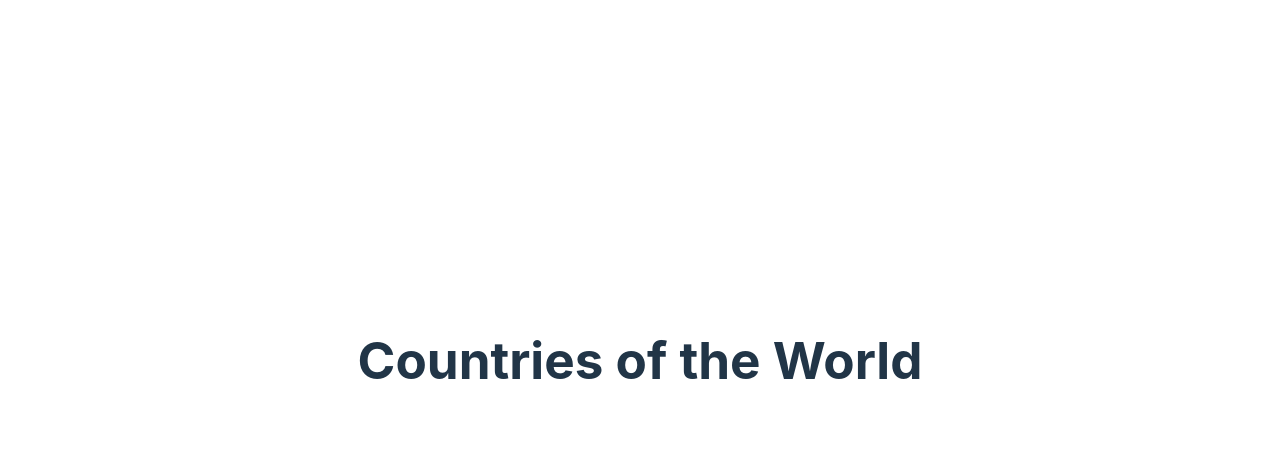
Repository: SamanthaYan298/my_countries
Page: /
These files come from the project's save history. The page is drawn as it stood at one moment and after the next save; the edit follows.
The browser window is 1280 px wide. The pictures show the whole page.
The project was rebuilt for these pictures with package versions that can differ from the ones it lists, and the page was loaded fresh each time. Also part of the build but not shown: vite.config.js.

Above is the page before, as saved 2024-11-04 16:38:05.

### src/App.jsx
import { useState } from 'react'
import './App.css'

function App() {

  return (
    <>
      <h1>Countries of the World</h1>
    </>
  )
}

export default App

Loaded but not shown: index.html (common file); src/main.jsx (common file); src/index.css (common file); src/App.css (common file)

After the next save:
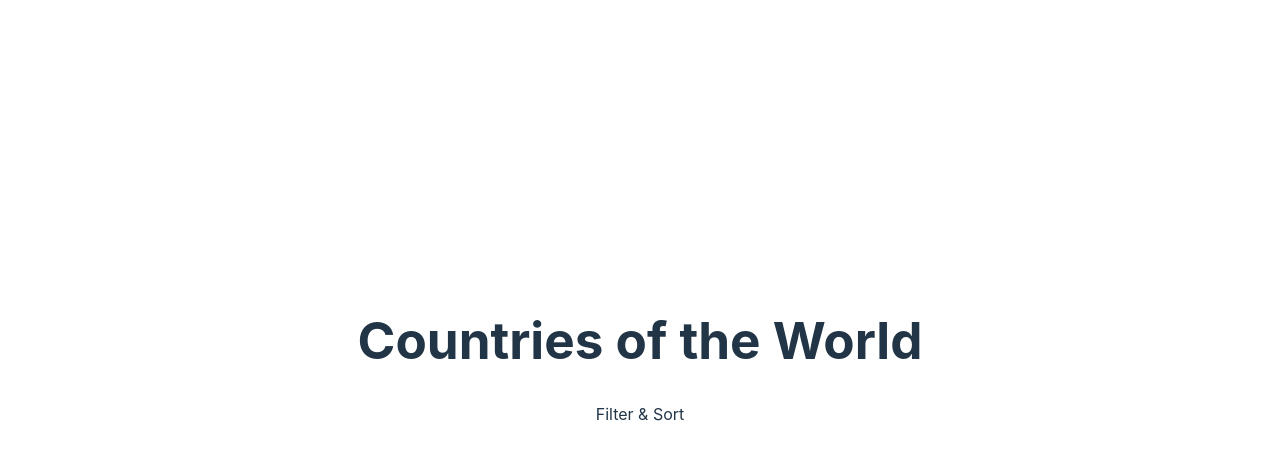
Saved 106 s later.
--- a/src/App.jsx
+++ b/src/App.jsx
@@ -6,6 +6,19 @@ function App() {
   return (
     <>
       <h1>Countries of the World</h1>
+      <div>
+        <div>
+          <p>Filter & Sort</p>
+          <div>
+            <div>
+              <></>
+            </div>
+            <div></div>
+            <div></div>
+            <div></div>
+          </div>
+        </div>
+      </div>
     </>
   )
 }
